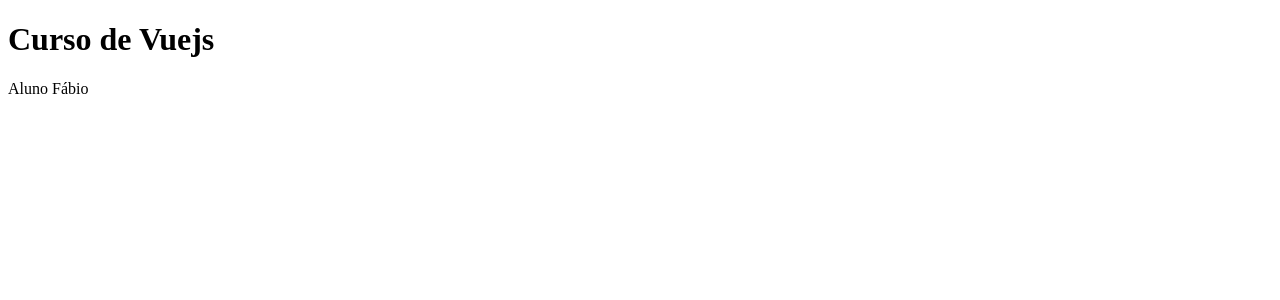
Repository: fabioandrioli/vuejs
Page: index.html
An editor plug-in stored every save of this project. The page is shown before and after the next save, followed by the edit.
The browser window is 1280 px wide. The pictures show the whole page.

Above is the page before, as saved 2021-08-18 08:07:18.

### index.html
<!DOCTYPE html>
<html lang="en">
    <head>
        <meta charset="UTF-8">
        <meta http-equiv="X-UA-Compatible" content="IE=edge">
        <meta name="viewport" content="width=device-width, initial-scale=1.0">
        <title>Vuejs 3</title>
    </head>
    <body>
        <div id="app">
            <h1>Curso de Vuejs</h1>
            <p>Aluno {{name}}</p>
        </div>

        <script src="https://unpkg.com/vue@next"></script>
        <script src="./app.js"></script>
    </body>
</html>

### app.js
const app = {
    data(){
        return{
            name: 'Fábio',
            lastName: 'Gonçalves',
        }
    }
}

Vue.createApp(app).mount("#app")

After the next save:
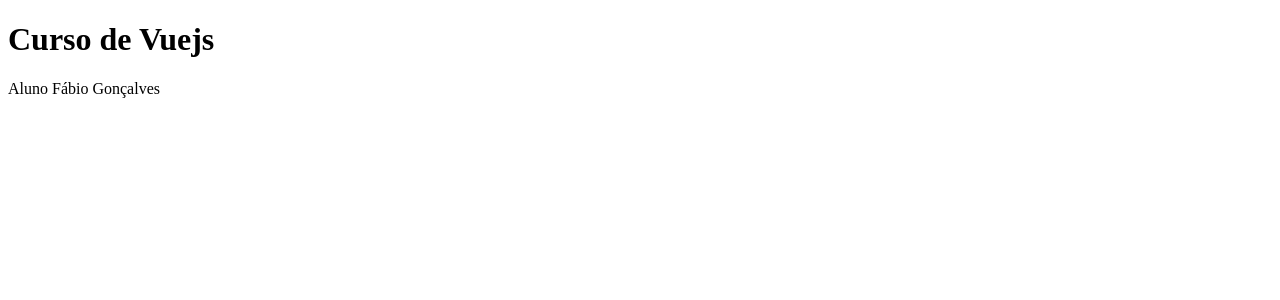
Saved 11 s later.
--- a/index.html
+++ b/index.html
@@ -9,7 +9,7 @@
     <body>
         <div id="app">
             <h1>Curso de Vuejs</h1>
-            <p>Aluno {{name}}</p>
+            <p>Aluno {{name}} {{lastName}}</p>
         </div>
 
         <script src="https://unpkg.com/vue@next"></script>
